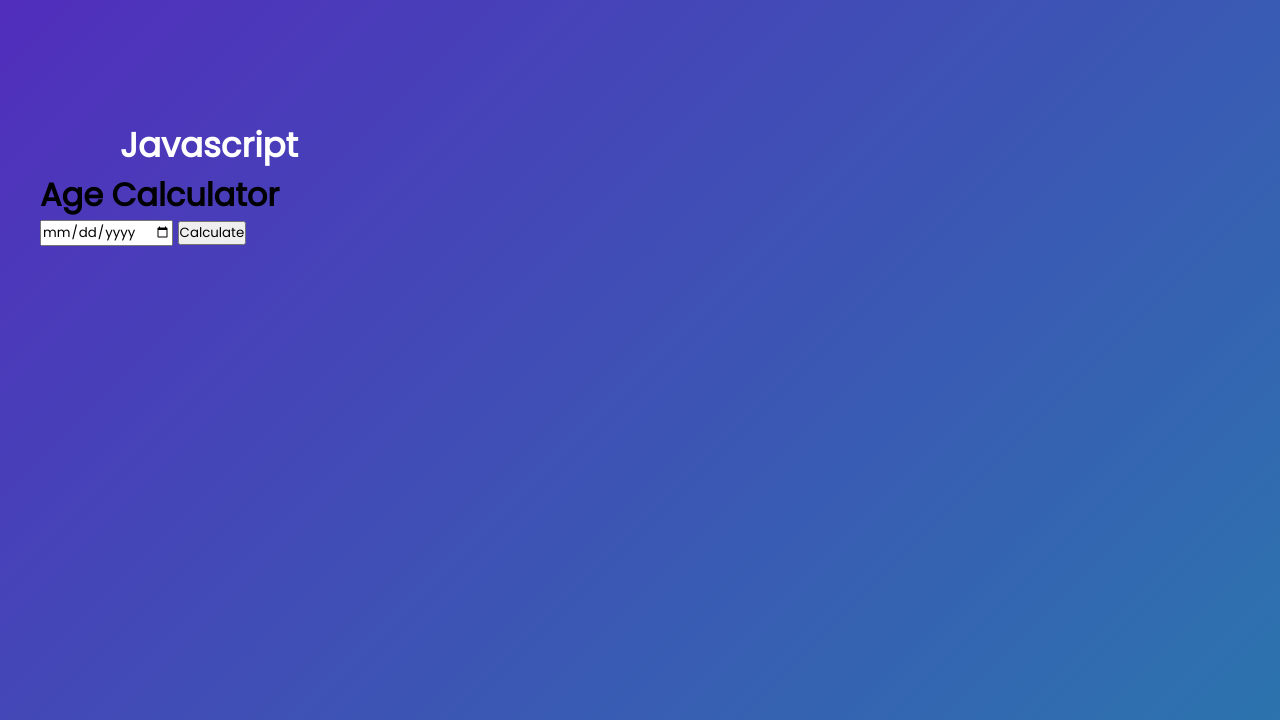
Repository: Ankitkr2021/Age-Calculator
Page: index.html
An editor plug-in stored every save of this project. The page is shown before and after the next save, followed by the edit.
The browser window is 1280 px wide. The pictures show the whole page.

Above is the page before, as saved 2025-10-05 10:23:12.

After the next save:
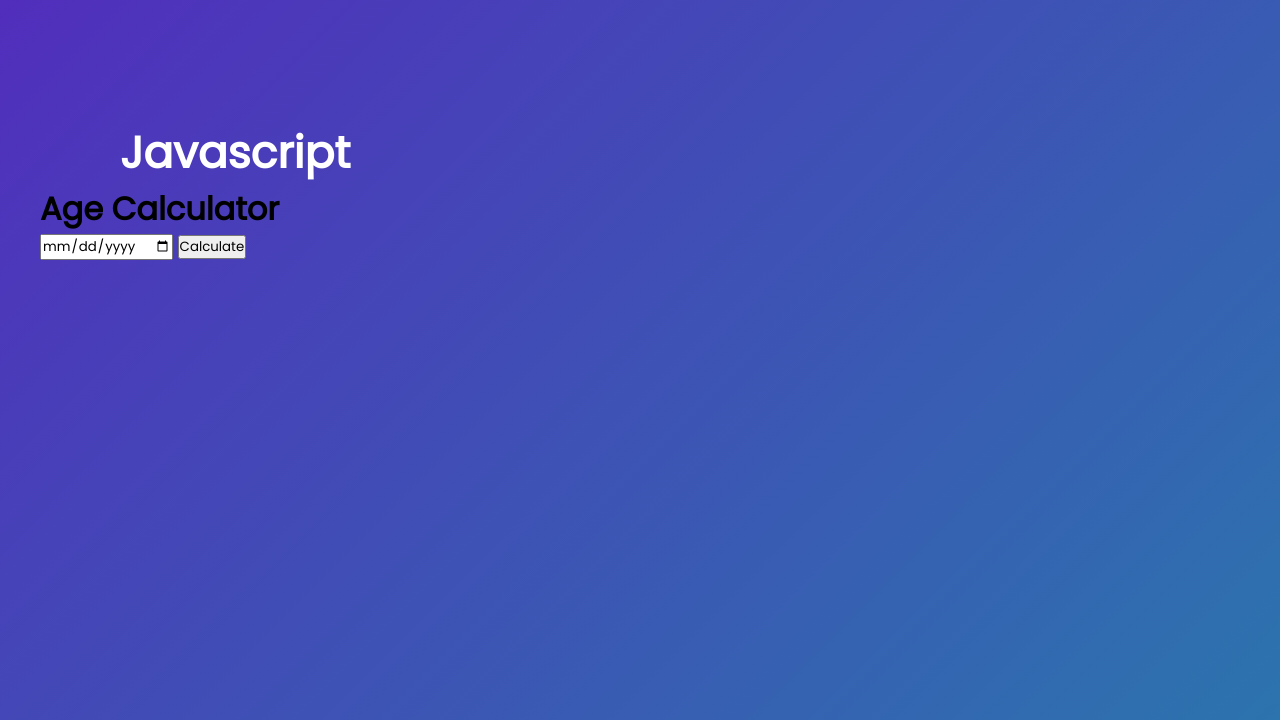
Saved 4 s later.
--- a/style.css
+++ b/style.css
@@ -23,6 +23,6 @@
     padding-top: 80px;
     padding-left: 80px;
     color: #fff;
-    font-size: 34px;
+    font-size: 44px;
     font-weight: 600;
 }
